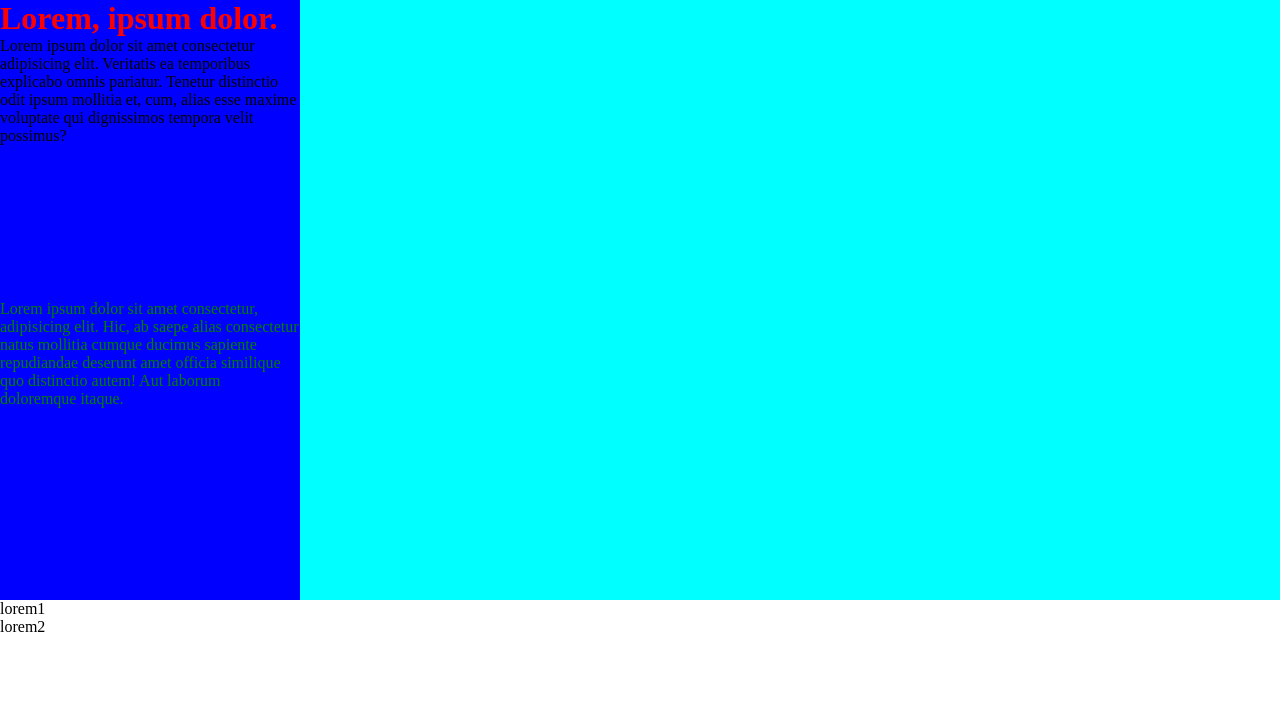
Repository: AytacSafarova/Scss-sample
Page: pages/homePage/index.html
An editor plug-in stored every save of this project. The page is shown before and after the next save, followed by the edit.
The browser window is 1280 px wide. The pictures show the whole page.
The style sheet was rebuilt from its Sass, Less or Tailwind sources for each picture, by a compiler version that may differ from the author's.

Above is the page before, as saved 2023-11-09 14:21:43.

After the next save:
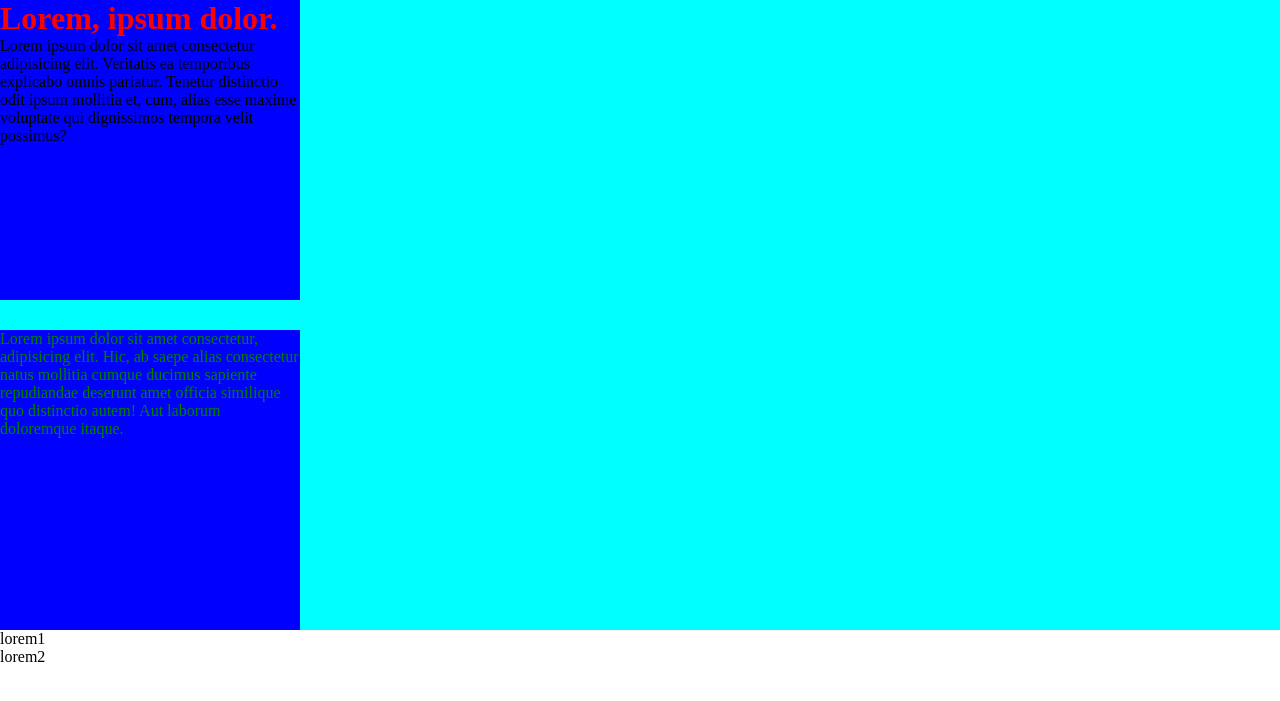
Saved 6 s later.
--- a/pages/homePage/index.scss
+++ b/pages/homePage/index.scss
@@ -12,6 +12,7 @@
     width: 300px;
     height: 300px;
     background-color: blue;
+    margin-top: 30px;
     p{
         color: green;
     }
